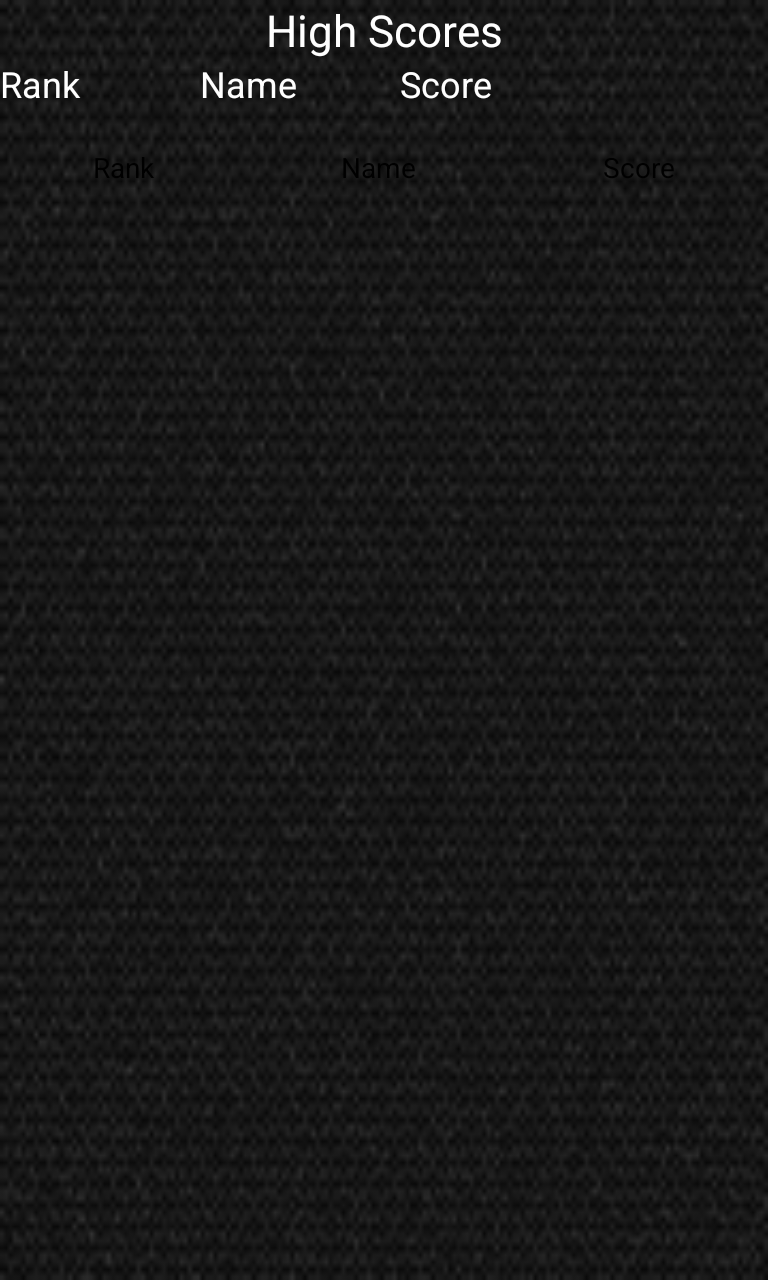
Repository: Tacohen/Killbots
Layout: Killbots/res/layout/high_scores.xml
These files come from the project's save history. The layout is drawn as it stood at one moment and after the next save; the edit follows.
It is drawn on a 768 x 1280 px phone screen (xhdpi) without system bars, with theme AppTheme; the app's code is not run.

Above is the layout before, as saved 2013-12-08 01:47:12.

After the next save:
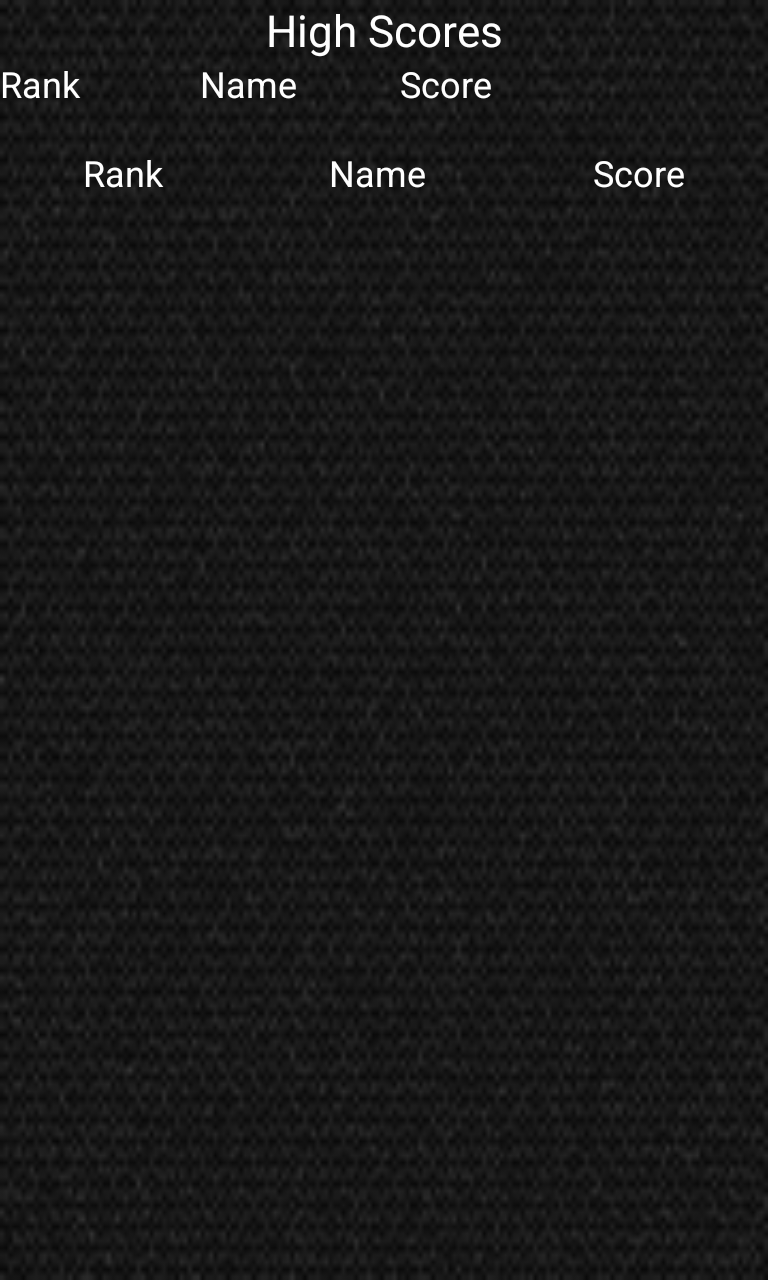
Saved 39 s later.
--- a/Killbots/res/layout/high_scores.xml
+++ b/Killbots/res/layout/high_scores.xml
@@ -58,14 +58,16 @@
             android:id="@+id/rankText"
             android:text="Rank"
             android:layout_weight="1"
-            android:textColor="#000000"
+            android:textAppearance="?android:attr/textAppearanceMedium"
+            android:textColor="#FFFFFF"
             android:padding="20dip" android:gravity="center"/>
 
         <TextView
             android:id="@+id/nameText"
             android:text="Name"
             android:layout_weight="1"
-            android:textColor="#000000"
+            android:textAppearance="?android:attr/textAppearanceMedium"
+            android:textColor="#FFFFFF"
             android:padding="20dip" android:gravity="center"/>
 
 
@@ -73,7 +75,8 @@
             android:id="@+id/scoreText"
             android:text="Score"
             android:layout_weight="1"
-            android:textColor="#000000"
+            android:textAppearance="?android:attr/textAppearanceMedium"
+            android:textColor="#FFFFFF"
             android:padding="20dip" android:gravity="center"/>
 
 
